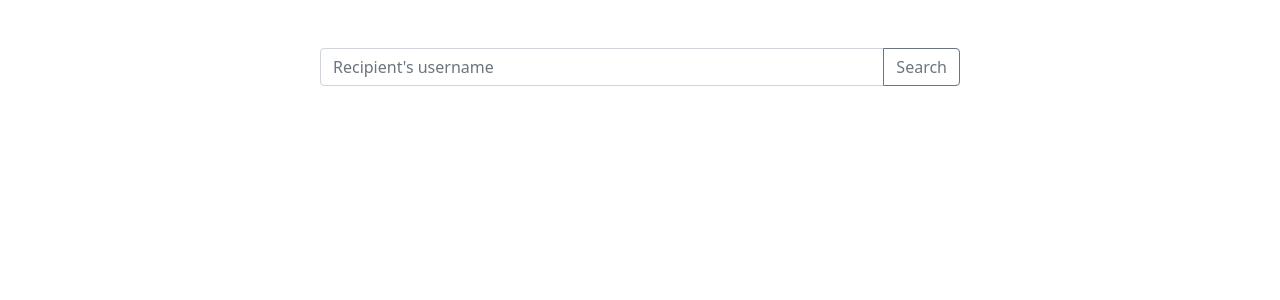
Repository: mehedi9465/PixaBay-Gallery
Page: index.html
The author's editor kept a copy of each file at every save. The page is drawn from the files as they stood at one save, then again after a run of saves.
The browser window is 1280 px wide. The pictures show the whole page.

Above is the page before, as saved 2023-05-09 15:14:31.

### index.html
<!DOCTYPE html>
<html lang="en">
  <head>
    <meta charset="UTF-8" />
    <meta http-equiv="X-UA-Compatible" content="IE=edge" />
    <meta name="viewport" content="width=device-width, initial-scale=1.0" />
    <title>Pixabay</title>
    <link
      rel="shortcut icon"
      href="https://pixabay.com/favicon-32x32.png"
      type="image/x-icon"
    />
    <link
      href="https://cdn.jsdelivr.net/npm/bootstrap@5.1.1/dist/css/bootstrap.min.css"
      rel="stylesheet"
      integrity="sha384-F3w7mX95PdgyTmZZMECAngseQB83DfGTowi0iMjiWaeVhAn4FJkqJByhZMI3AhiU"
      crossorigin="anonymous"
    />
    <script
      src="https://cdn.jsdelivr.net/npm/bootstrap@5.1.1/dist/js/bootstrap.bundle.min.js"
      integrity="sha384-/bQdsTh/da6pkI1MST/rWKFNjaCP5gBSY4sEBT38Q/9RBh9AH40zEOg7Hlq2THRZ"
      crossorigin="anonymous"
    ></script>
    <link rel="stylesheet" href="css/style.css" />
  </head>
  <body>
    <main>
    <div class="input-group mt-5 mb-5 w-50 mx-auto overflow-hidden">
        <input type="text" class="form-control" placeholder="Recipient's username" aria-label="Recipient's username" aria-describedby="button-addon2" id="InputField">
        <button class="btn btn-outline-secondary" type="button" id="button-addon2">Search</button>
    </div>
    <div id="details" class="text-center mb-5 position-relative overflow-auto">

    </div>

    <div id="image-Container" class="row row-cols-1 row-cols-md-4 g-4 overflow-hidden">

    </div>
</main>

    <!-- <main>
      <div class="position-relative" style="height: 80vh">
        <div
          class="text-center fs-1 position-absolute top-50 bottom-50 start-0 end-0 m-auto"
        >
          <h1 id="welcometxt" class="text-center fs-1">
            Welcome to Pixabay Gallery
          </h1>
          <div class="input-group mt-5 mb-5 w-50 mx-auto overflow-hidden">
            <input
              type="text"
              class="form-control"
              placeholder="Recipient's username"
              aria-label="Recipient's username"
              aria-describedby="button-addon2"
              id="InputField"
            />
            <button
              class="btn btn-outline-secondary"
              type="button"
              id="button-addon2"
            >
              Search
            </button>
          </div>
        </div>
      </div>

      <div
        id="details"
        class="text-center mb-5 position-relative overflow-auto"
      ></div>

      <div
        id="image-Container"
        class="row row-cols-1 row-cols-md-4 g-4 overflow-hidden"
      ></div>
    </main> -->

    <script src="js/script.js"></script>
  </body>
</html>

### css/style.css
.col img{
    width: 450px;
    height: 350px;
    object-fit: cover;
}

### js/script.js
const KEY = "12991928-c7c6409774c494db9971343c7";
let dataList = [];

const getData = (query) => {
  fetch(
    `https://pixabay.com/api/?key=${KEY}&q=${query}&image_type=photo&pretty=true`
  )
    .then((response) => response.json())
    .then((data) => loadData(data.hits))
    .catch((err) => console.log(err));
};

document.getElementById("button-addon2").addEventListener("click", () => {
  const inputValue = document.getElementById("InputField").value;
  getData(inputValue);
});

const loadData = (datas) => {
  dataList = [...datas];
  if (datas.length === 0) {
    alert("No result found");
    return;
  }
  const imageContainer = document.getElementById("image-Container");
  imageContainer.innerHTML = "";
  datas.forEach((data) => {
    let imgSerial = datas.indexOf(data);
    const appendDiv = document.createElement("div");
    appendDiv.innerHTML = `
        <div id="image" class="col text-center" onclick="loadDetails('${data.largeImageURL}', '${imgSerial}')">
            <img src="${data.largeImageURL}" class="card-img-top" alt="...">
        </div>
        `;
    imageContainer.appendChild(appendDiv);
  });
};

const detailDiv = document.getElementById("details");

document.getElementById("InputField").addEventListener("click", () => {
  document.getElementById("InputField").value = "";
});

const loadDetails = (data, imgSerial) => {
  // console.log(imgSerial);
  const img = document.createElement("img");
  img.setAttribute("src", data);

  const nextBTN = document.createElement("span");
  // nextBTN.innerHTML = `<button class="btn btn-secondary border-0 outline-0">Next</button>`
  nextBTN.innerHTML = `<img src="https://cdn-icons-png.flaticon.com/512/892/892528.png" width='80' class="position-absolute end-0 top-50 bottom-50 m-auto cursor-pointer" alt="..." onclick="onNext('${imgSerial}')" />`;

  const prevBTN = document.createElement("span");
  // prevBTN.innerHTML = `<button class="btn btn-secondary border-0 outline-0">Prev</button>`
  prevBTN.innerHTML = `<img src="https://cdn-icons-png.flaticon.com/512/892/892512.png" width='80' class="position-absolute start-0 top-50 bottom-50 m-auto cursor-pointer" alt="..." onclick="onPrev('${imgSerial}')" />`;

  detailDiv.innerHTML = "";
  detailDiv.append(prevBTN);
  detailDiv.appendChild(img);
  detailDiv.append(nextBTN);
};

const onNext = (imgSerial) => {
  if (imgSerial >= 0 && imgSerial <= 18) {
    imgSerial++;
    const data = dataList[imgSerial];
    loadDetails(data.largeImageURL, imgSerial);
  } else if (imgSerial == 19) {
    imgSerial = 0;
    const data = dataList[imgSerial];
    loadDetails(data.largeImageURL, imgSerial);
  }
};

const onPrev = (imgSerial) => {
  if (imgSerial <= 19 && imgSerial >=1) {
    imgSerial--;
    const data = dataList[imgSerial];
    loadDetails(data.largeImageURL, imgSerial);
  } else if (imgSerial == 0) {
    imgSerial = 19;
    const data = dataList[imgSerial];
    loadDetails(data.largeImageURL, imgSerial);
  }
};

// const nextBTN = ' <span><img class="border-0 outline-0" src="https://cdn-icons-png.flaticon.com/512/892/892512.png" alt="Prev" width="200"></span>'
// const prevBTN = '<span><img src="https://cdn-icons-png.flaticon.com/512/892/892528.png" alt="Next" width="200"></span>'

After the next 2 saves:
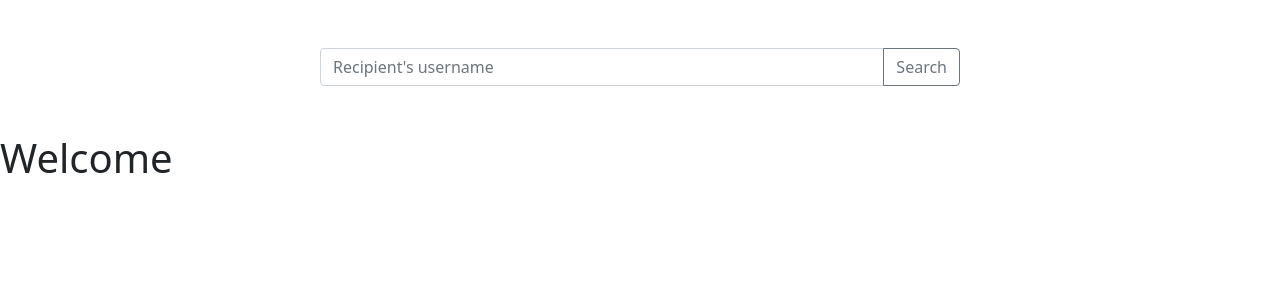
The 2 saves are shown as one change because they came seconds apart.
The last was saved 70 s later.
--- a/index.html
+++ b/index.html
@@ -28,6 +28,11 @@
     <div class="input-group mt-5 mb-5 w-50 mx-auto overflow-hidden">
         <input type="text" class="form-control" placeholder="Recipient's username" aria-label="Recipient's username" aria-describedby="button-addon2" id="InputField">
         <button class="btn btn-outline-secondary" type="button" id="button-addon2">Search</button>
+    </div>
+    <div>
+        <div>
+            <h1>Welcome</h1>
+        </div>
     </div>
     <div id="details" class="text-center mb-5 position-relative overflow-auto">
 
